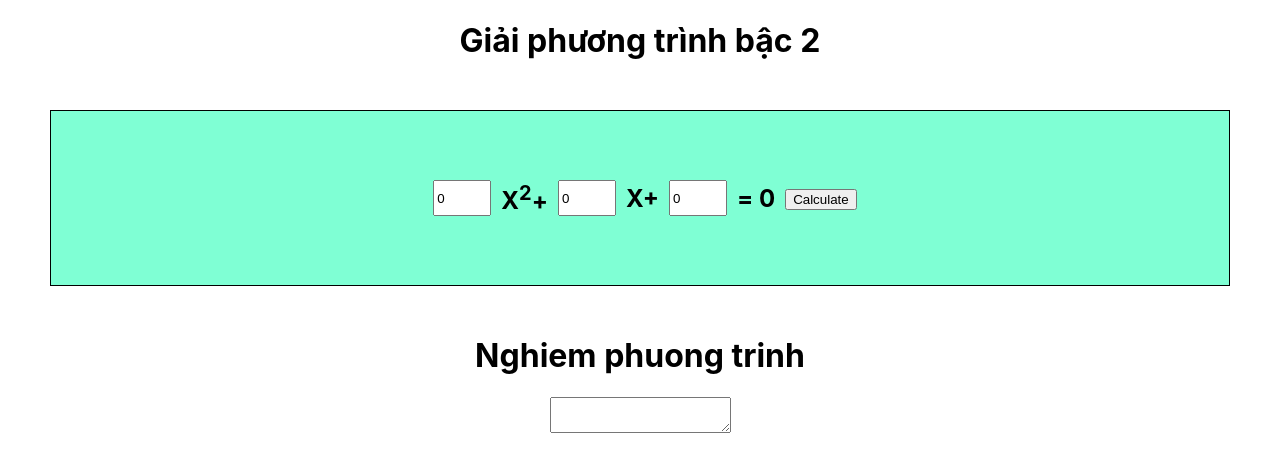
Repository: Trinvm1997/ReactExercise
Page: / (app in quadratic_equation/)
The author's editor kept a copy of each file at every save. The page is drawn from the files as they stood at one save, then again after the next save.
The browser window is 1280 px wide. The pictures show the whole page.
The project was rebuilt for these pictures with package versions that can differ from the ones it lists, and the page was loaded fresh each time.

Above is the page before, as saved 2020-12-24 10:34:44.

After the next save:
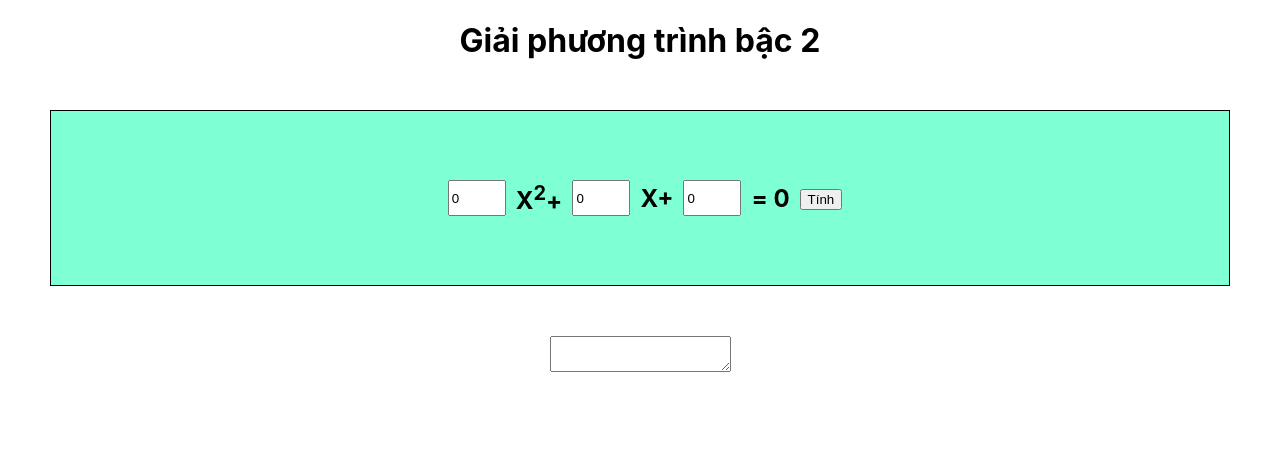
Saved 32 s later.
--- a/quadratic_equation/src/App.js
+++ b/quadratic_equation/src/App.js
@@ -50,9 +50,8 @@ class App extends Component {
           <h2>X+</h2>
           <input type="number" name="inputC" value={this.state.inputC} onChange={this.handleChange}></input>
           <h2>= 0</h2>
-          <button onClick={this.handleSubmit}>Calculate</button>
+          <button onClick={this.handleSubmit}>Tính</button>
         </form>
-        <h1>Nghiem phuong trinh</h1>
         <textarea>{this.state.result}</textarea>
       </div>
     );
